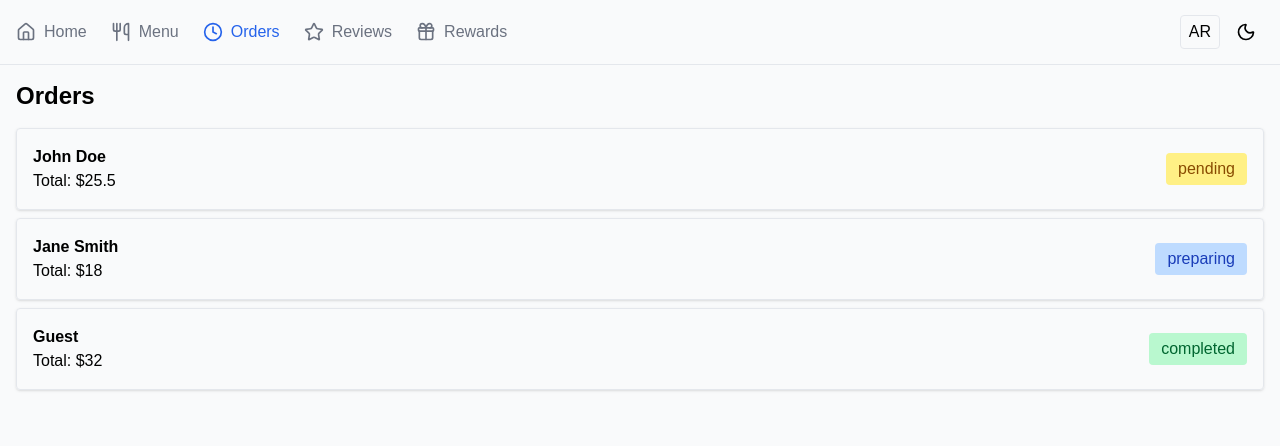
Repository: GraduationMERN/restaurant-system
Page: /orders (app in client/)
The author's editor kept a copy of each file at every save. The page is drawn from the files as they stood at one save, then again after the next save.
The browser window is 1280 px wide. The pictures show the whole page.
The project was rebuilt for these pictures with package versions that can differ from the ones it lists, and the page was loaded fresh each time. Also part of the build but not shown: client/vite.config.js, client/src/pages/ReviewsPage.jsx, client/src/pages/LandingPage.jsx, client/src/pages/RewardPage.jsx, client/src/components/ui/badge/Badge.jsx, client/src/components/ecommerce/EcommerceMetrics.jsx, client/src/components/ui/dropdown/Dropdown.jsx, client/src/components/ui/dropdown/DropdownItem.jsx and 30 more. Imported but missing from the stored project, and not drawn on this page: client/src/components/form/input/InputField, client/src/pages/admin/UserProfiles.

Above is the page before, as saved 2025-11-29 02:09:01.

After the next save:
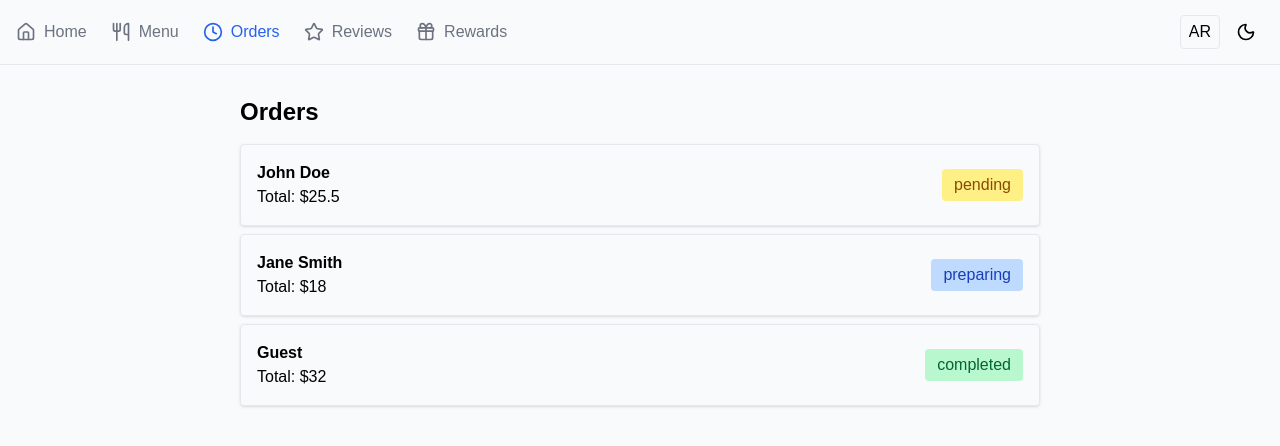
Saved 60 s later.
--- a/client/src/components/Layout.jsx
+++ b/client/src/components/Layout.jsx
@@ -12,15 +12,15 @@ export default function Layout({ children }) {
       {!isAdmin && <DesktopNav />}
 
       {/* Main content */}
-      <div className={`w-full flex justify-center ${!isAdmin ? "pt-16" : ""}`}>
-        <div className="w-full max-w-xl px-4 md:max-w-none md:px-0">
+      <div className={`w-full flex justify-center ${!isAdmin ? "pt-20 pb-20 md:pb-4" : ""}`}>
+        <div className="w-full max-w-xl px-4 md:max-w-4xl md:px-8">
           {children}
         </div>
       </div>
 
       {/* Mobile bottom navbar */}
       {!isAdmin && (
-        <div className="md:hidden fixed bottom-0 left-0 right-0 bg-background border-t z-50">
+        <div className="md:hidden fixed bottom-0 left-0 right-0 bg-white shadow-lg border-t border-gray-200 z-50">
           <div className="w-full max-w-xl mx-auto h-16 flex justify-between items-center px-4">
             <Navbar />
           </div>
